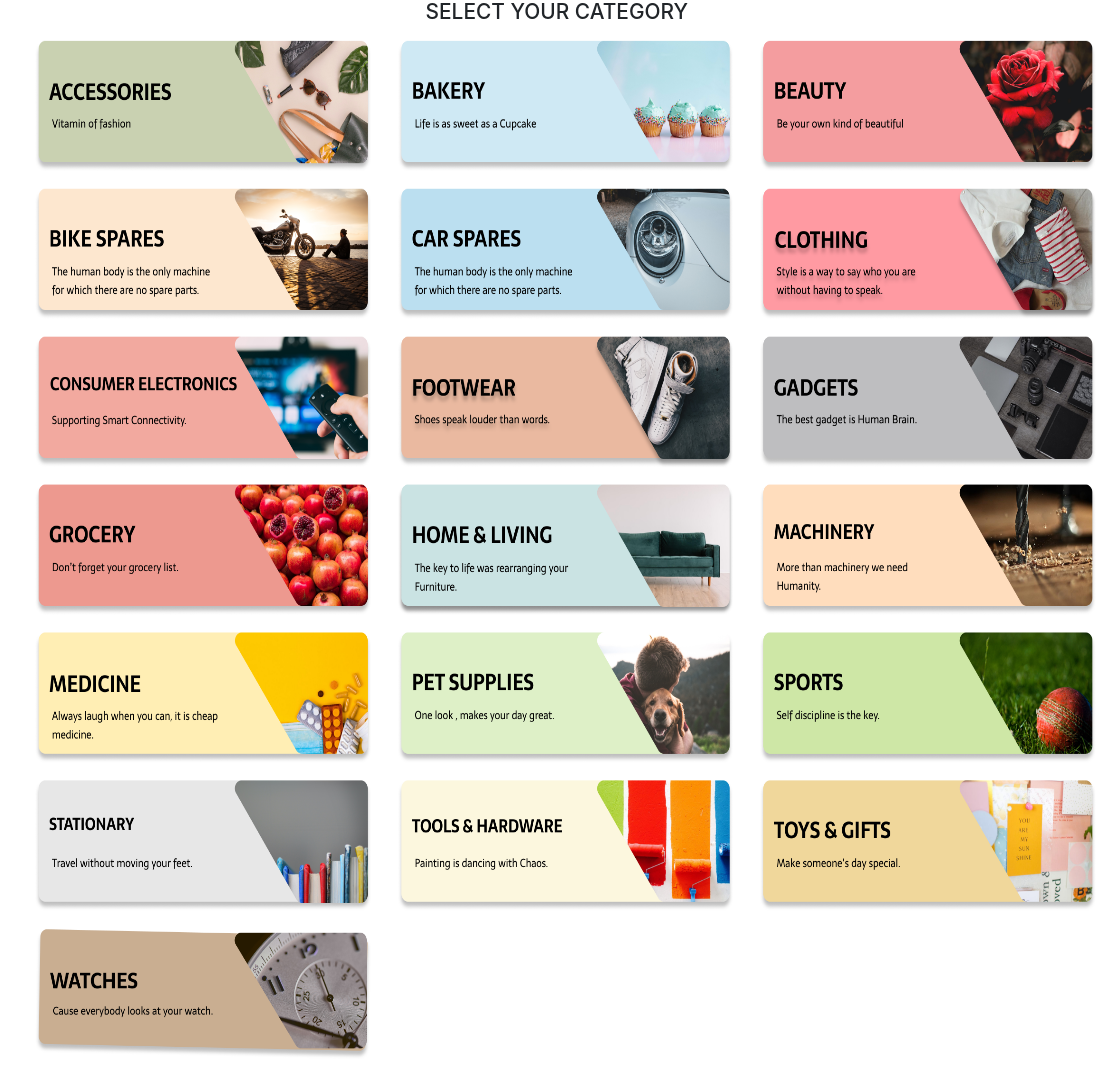
Repository: simranbhurat/WhiteLeaf
Page: frontend/category.html
An editor plug-in stored every save of this project. The page is shown before and after a run of saves, followed by the edit.
The browser window is 1280 px wide. The pictures show the whole page, at 87% of full size.
Some web libraries are served in a nearby version.

Above is the page before, as saved 2020-07-24 23:09:06.

After the next 3 saves:
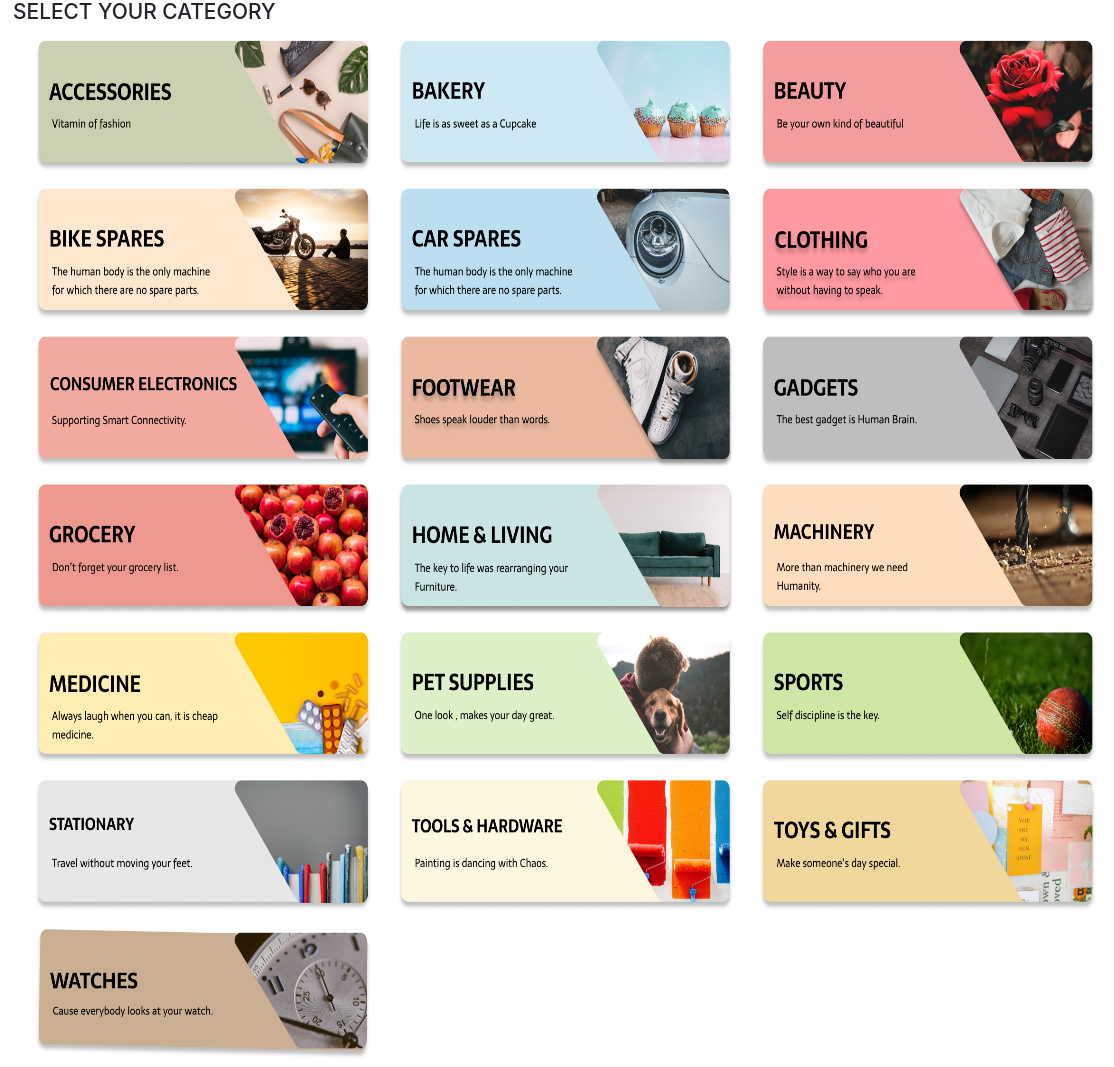
The 3 saves are shown as one change because they came seconds apart.
The last was saved 9 s later.
--- a/frontend/category.html
+++ b/frontend/category.html
@@ -24,7 +24,7 @@
 <body>
 
     <div class="container-fluid">
-        <h4  style="text-align:center ">SELECT YOUR CATEGORY</h4>
+        <h4  style="text-align:center margin:20px">SELECT YOUR CATEGORY</h4>
         <form class="needs-validation" novalidate class="modal-content animate">
             <div class="container-fluid">
 
